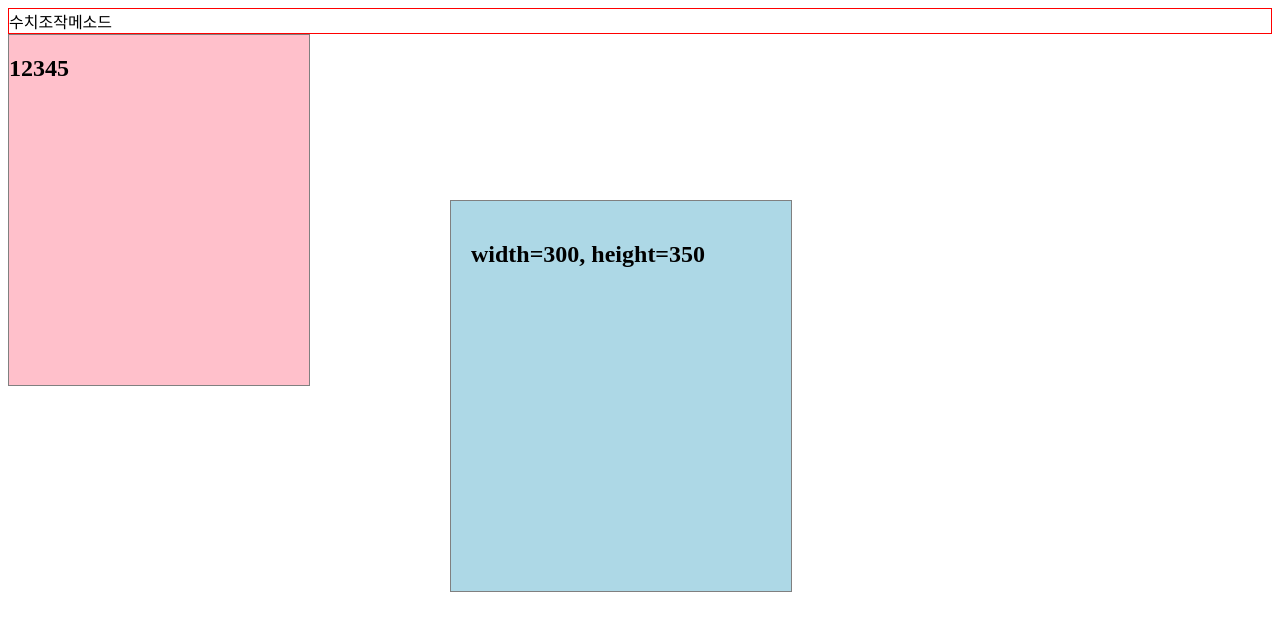
Repository: KangSuA/JSP
Page: webApp/src/main/webapp/jquery/jq08_object.html
An editor plug-in stored every save of this project. The page is shown before and after the next save, followed by the edit.
The browser window is 1280 px wide. The pictures show the whole page.

Above is the page before, as saved 2023-02-14 08:41:22.

After the next save:
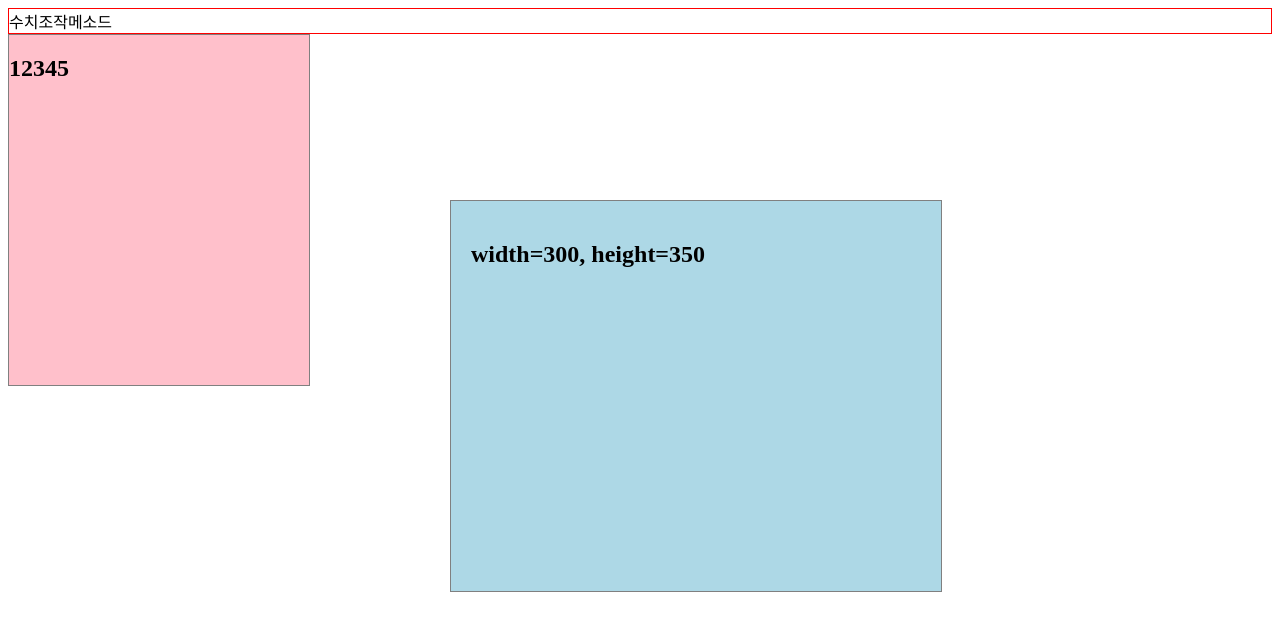
Saved 98 s later.
--- a/webApp/src/main/webapp/jquery/jq08_object.html
+++ b/webApp/src/main/webapp/jquery/jq08_object.html
@@ -17,6 +17,7 @@
 		var height = $("div:eq(2)").height();
 
 		$("div:eq(2)").append("<h2>width="+width+", height="+height+"</h2>");
+		$("div:eq(2)").width("450px");
 	})
 </script>
 </head>
